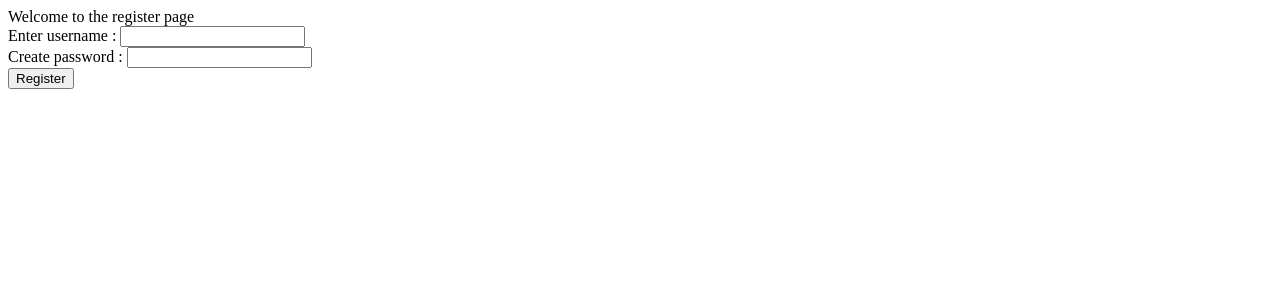
Repository: Sourabh-Gautam/epam-hometask
Page: http://localhost/onlinequizmanagement/view/registerpage.jsp
These files come from the project's save history. The page is drawn as it stood at one moment and after a run of saves; the edit follows.
The browser window is 1280 px wide. The pictures show the whole page.
The page is served by Tomcat 9. Other server files are loaded and not shown.

Above is the page before, as saved 2022-11-09 09:29:25.

### Spring/Spring Boot Web/onlinequizmanagement/src/main/webapp/view/registerpage.jsp
<%@ page language="java" contentType="text/html; charset=ISO-8859-1"
	pageEncoding="ISO-8859-1"%>
<!DOCTYPE html>
<html>
<head>
<meta charset="ISO-8859-1">
<title>Insert title here</title>
</head>
<body>
	Welcome to the register page
	<br />
	<form action="/user/register", method="post">
		Enter username : <input type="text" name="username" /><br /> Create
		password : <input type="password" name="password" /><br /> <input
			type="submit" value="Register"/>
	</form>
</body>
</html>

After the next 2 saves:
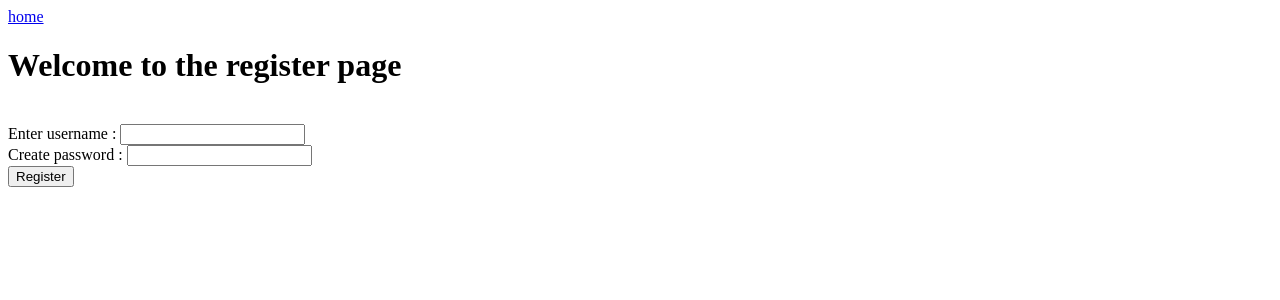
The 2 saves are shown as one change because they came seconds apart.
The last was saved 6 h 37 min later.
--- a/Spring/Spring Boot Web/onlinequizmanagement/src/main/webapp/view/registerpage.jsp
+++ b/Spring/Spring Boot Web/onlinequizmanagement/src/main/webapp/view/registerpage.jsp
@@ -7,12 +7,16 @@
 <title>Insert title here</title>
 </head>
 <body>
-	Welcome to the register page
+
+	<div>
+		<span><a href="/">home</a></span>
+	</div>
+	<h1>Welcome to the register page</h1>
 	<br />
-	<form action="/user/register", method="post">
+	<form action="/user/register" , method="post">
 		Enter username : <input type="text" name="username" /><br /> Create
 		password : <input type="password" name="password" /><br /> <input
-			type="submit" value="Register"/>
+			type="submit" value="Register" />
 	</form>
 </body>
 </html>
